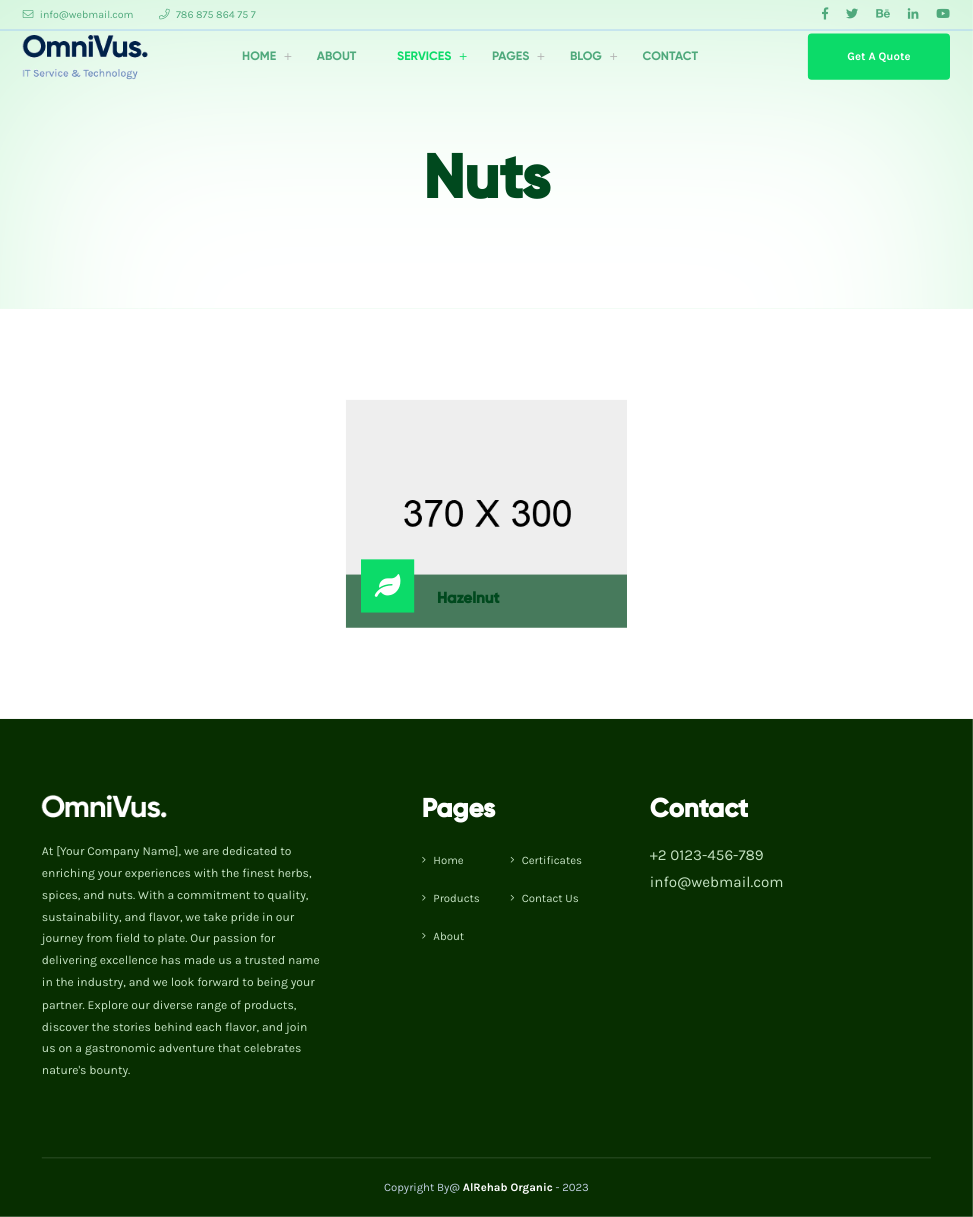
Repository: ziadmoh/alrehab-organic
Page: products.html
An editor plug-in stored every save of this project. The page is shown before and after the next save, followed by the edit.
The browser window is 1280 px wide. The pictures show the whole page, at 76% of full size.
The style sheet was rebuilt from its Sass, Less or Tailwind sources for each picture, by a compiler version that may differ from the author's.

Above is the page before, as saved 2023-09-26 12:04:14.

After the next save:
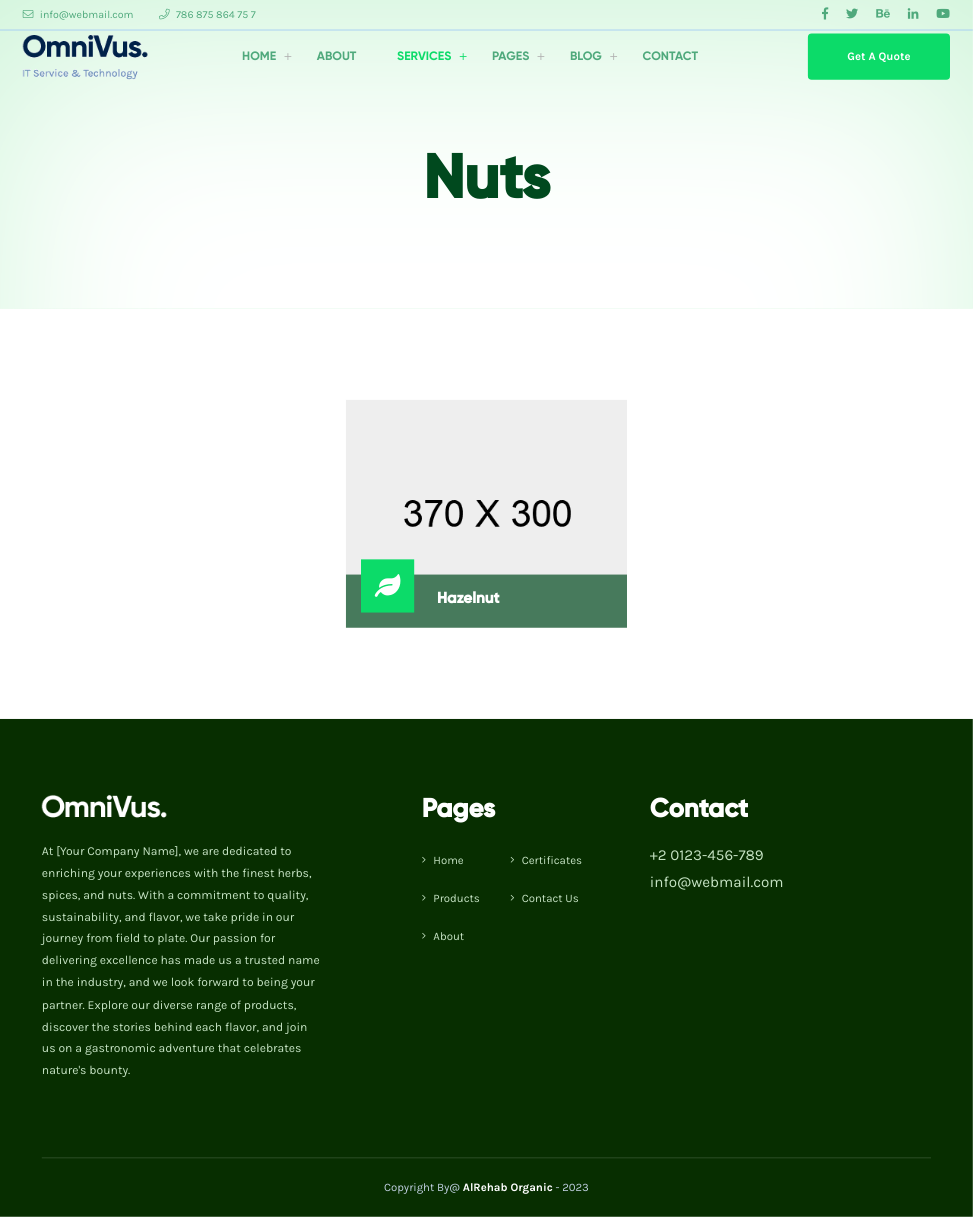
Saved 25 s later.
--- a/products.html
+++ b/products.html
@@ -168,7 +168,7 @@
                         </div>
                         <div class="services-overlay">
                             <div class="icon"><i class="fas fa-leaf"></i></div>
-                            <h4 class="title">Hazelnut</h4>
+                            <h4 class="title"><a href="#">Hazelnut</a></h4>
                             <p>The functional goal of technical content is to help people use a product successfully. The business goal must tie the content.</p>
                         </div>
                     </div>
